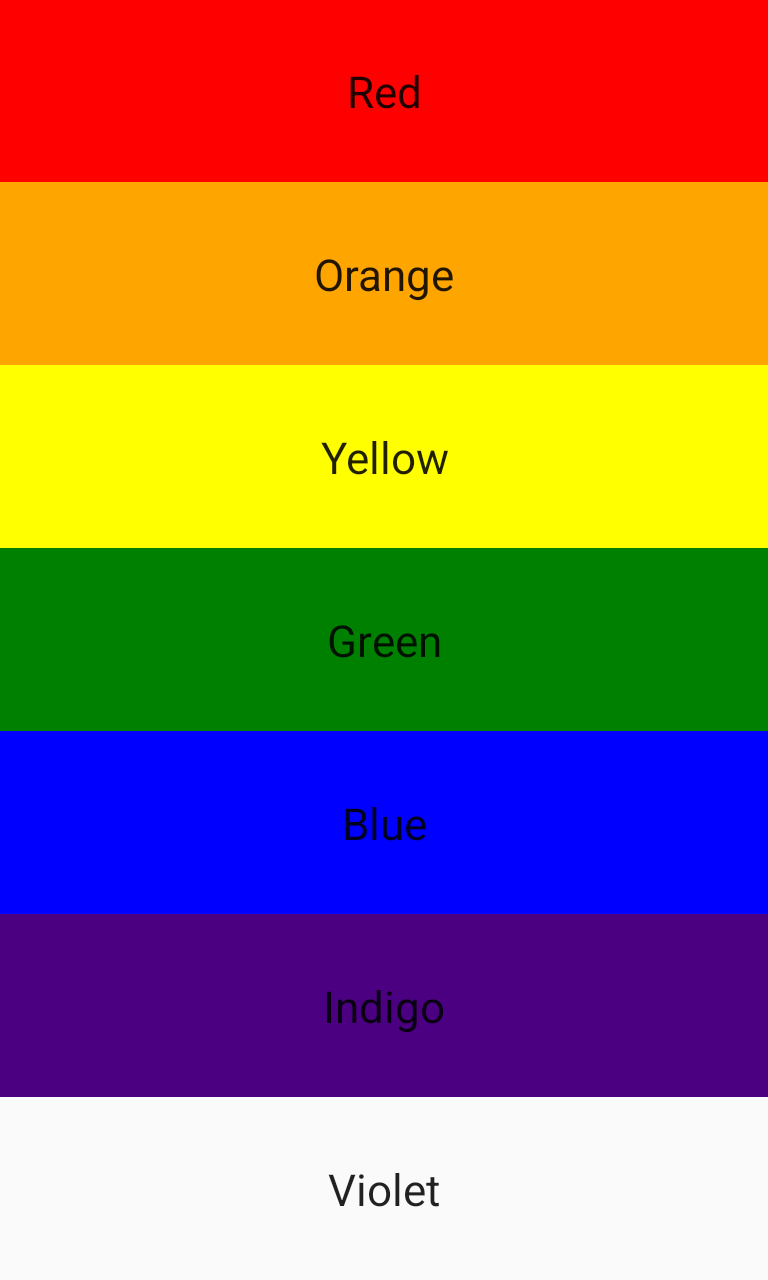
Repository: RibuRoyson/exercise
Layout: Excercise3/res/layout/linear3.xml
An editor plug-in stored every save of this project. The layout is shown before and after the next save, followed by the edit.
It is drawn on a 768 x 1280 px phone screen (xhdpi) without system bars, with theme AppTheme; the app's code is not run.

Above is the layout before, as saved 2015-02-10 09:17:32.

### Excercise3/res/layout/linear3.xml
<?xml version="1.0" encoding="utf-8"?>
<LinearLayout xmlns:android="http://schemas.android.com/apk/res/android"
    android:layout_width="fill_parent"
    android:layout_height="fill_parent"
    android:orientation="vertical"
    android:weightSum="7.0" >

    <TextView
        android:id="@+id/textView1"
        android:layout_width="match_parent"
        android:layout_height="wrap_content"
        android:text="Red"
        android:gravity="center"
        android:background="#FF0000"
        android:textAppearance="?android:attr/textAppearanceLarge"
        android:layout_weight="1.0"/>
     <TextView
        android:id="@+id/textView2"
        android:layout_width="match_parent"
        android:layout_height="wrap_content"
        android:text="Orange"
        android:gravity="center"
        android:background="#FFA500"
        android:textAppearance="?android:attr/textAppearanceLarge"
        android:layout_weight="1.0"/>
      <TextView
        android:id="@+id/textView3"
        android:layout_width="match_parent"
        android:layout_height="wrap_content"
        android:text="Yellow"
        android:gravity="center"
        android:background="#FFFF00"
        android:textAppearance="?android:attr/textAppearanceLarge"
        android:layout_weight="1.0"/>
       <TextView
        android:id="@+id/textView4"
        android:layout_width="match_parent"
        android:layout_height="wrap_content"
        android:text="Green"
        android:gravity="center"
        android:background="#008000"
        android:textAppearance="?android:attr/textAppearanceLarge"
        android:layout_weight="1.0"/>
        <TextView
        android:id="@+id/textView5"
        android:layout_width="match_parent"
        android:layout_height="wrap_content"
        android:text="Blue"
        android:gravity="center"
        android:background="#0000FF"
        android:textAppearance="?android:attr/textAppearanceLarge"
        android:layout_weight="1.0"/>
         <TextView
        android:id="@+id/textView6"
        android:layout_width="match_parent"
        android:layout_height="wrap_content"
        android:text="Indigo"
        android:gravity="center"
        android:background=" #4b0082"
        android:textAppearance="?android:attr/textAppearanceLarge"
        android:layout_weight="1.0"/>
          <TextView
        android:id="@+id/textView7"
        android:layout_width="match_parent"
        android:layout_height="wrap_content"
        android:text="Violet"
        android:gravity="center"
        android:background="EE82EE"
        android:textAppearance="?android:attr/textAppearanceLarge"
        android:layout_weight="1.0"/>

</LinearLayout>

Loaded but not shown: Excercise3/res/values/styles.xml (common file); Excercise3/res/values-v11/styles.xml (common file); Excercise3/res/values-v14/styles.xml (common file)

After the next save:
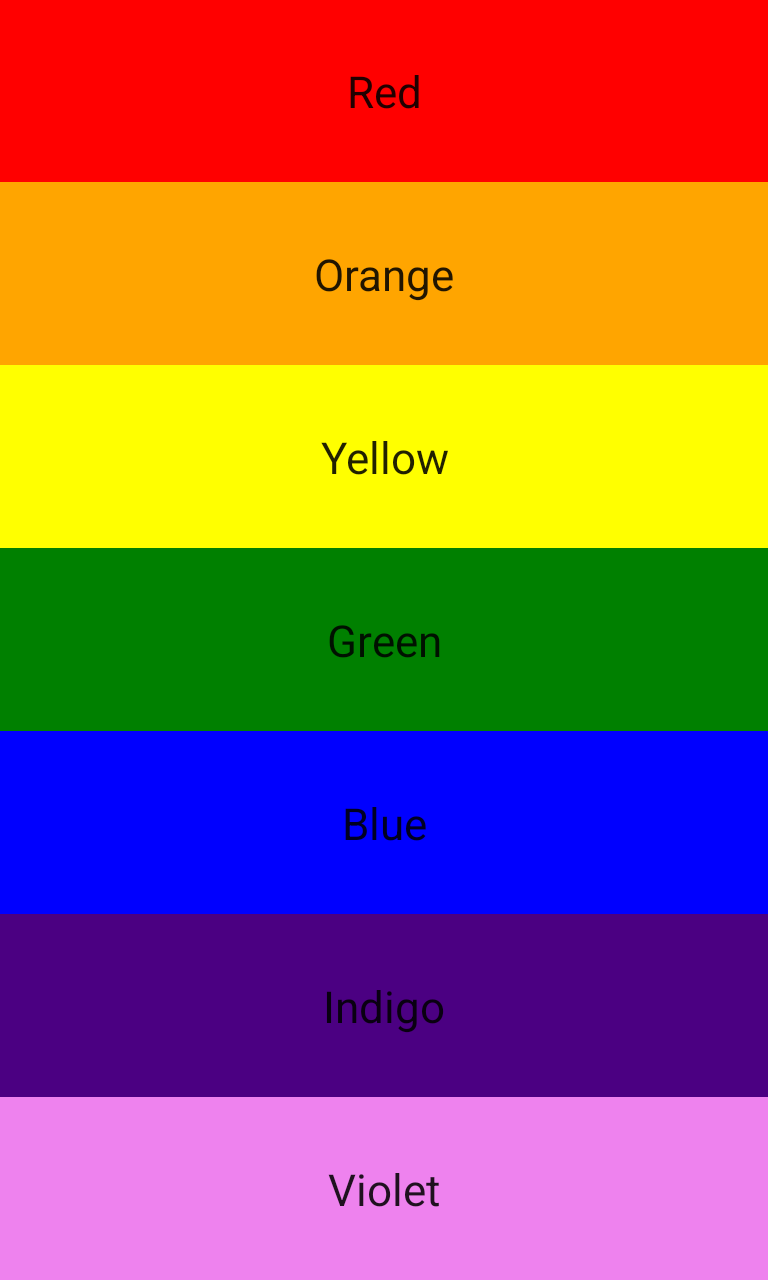
Saved 16 s later.
--- a/Excercise3/res/layout/linear3.xml
+++ b/Excercise3/res/layout/linear3.xml
@@ -65,7 +65,7 @@
         android:layout_height="wrap_content"
         android:text="Violet"
         android:gravity="center"
-        android:background="EE82EE"
+        android:background="#EE82EE"
         android:textAppearance="?android:attr/textAppearanceLarge"
         android:layout_weight="1.0"/>
 
